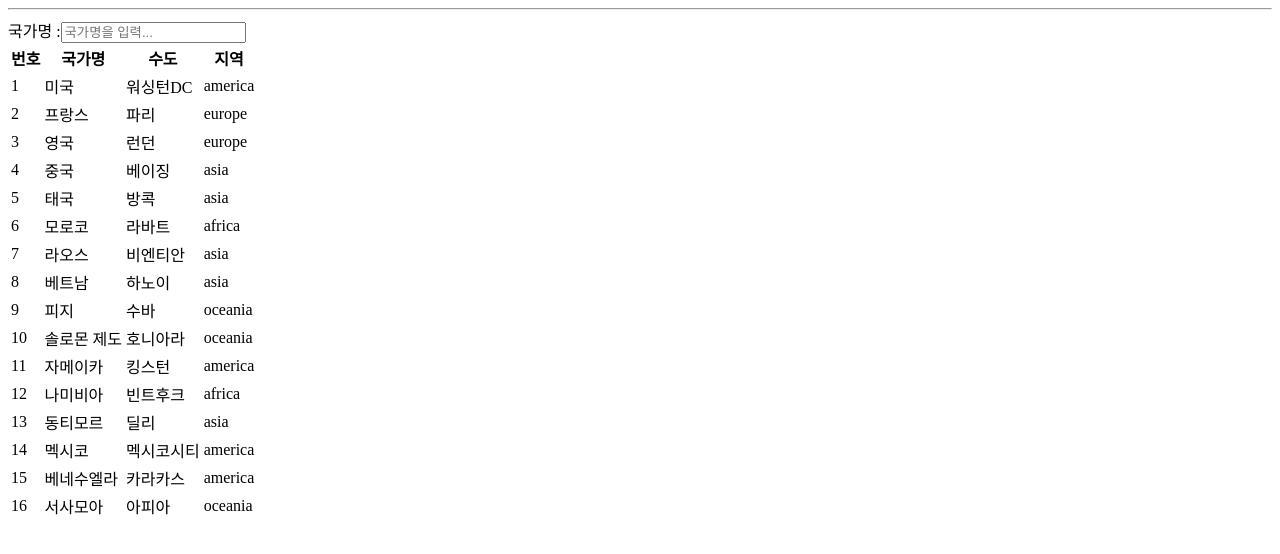
Repository: Migorithm/front_work
Page: front09_VUE/src/main/webapp/03_event/small_assignment.html
The author's editor kept a copy of each file at every save. The page is drawn from the files as they stood at one save, then again after the next save.
The browser window is 1280 px wide. The pictures show the whole page.
Some web libraries are served in a nearby version.

Above is the page before, as saved 2021-09-10 02:05:20.

### front09_VUE/src/main/webapp/03_event/small_assignment.html
<!DOCTYPE html>
<html>
<head>
<meta charset="utf-8">
<title>encore</title>
<script src="https://unpkg.com/vue@2.5.16/dist/vue.js"></script>
</head>
<body>
	<div id="example">
	<hr>
	<label><span>국가명 :</span><input type="text" placeholder="국가명을 입력..." v-model="input"></label>

		<table>
			<thead>
				<tr>
					<th>번호</th><th>국가명</th><th>수도</th><th>지역</th>
				</tr>
			</thead>
			<tbody v-for="coun in countries">
				<template v-if="coun.name.includes(input)">
				<tr>
					<td>{{coun.no}}</td><td>{{coun.name}}</td><td>{{coun.capital}}</td><td>{{coun.region}}</td>
				</tr>
				</template>
			</tbody>

		</table>


	</div>
    <script type="text/javascript">
	var model = {
      	//필요한 모델데이타가 있으면 추가하시기 바랍니다.
      	input:"",
	    countries : [
            { no:1,  name : "미국", capital : "워싱턴DC", region:"america" },
            { no:2,  name : "프랑스", capital : "파리", region:"europe" },
            { no:3,  name : "영국", capital : "런던", region:"europe" },
            { no:4,  name : "중국", capital : "베이징", region:"asia" },
            { no:5,  name : "태국", capital : "방콕", region:"asia" },
            { no:6,  name : "모로코", capital : "라바트", region:"africa" },
            { no:7,  name : "라오스", capital : "비엔티안", region:"asia" },
            { no:8,  name : "베트남", capital : "하노이", region:"asia" },
            { no:9,  name : "피지", capital : "수바", region:"oceania" },
            { no:10,  name : "솔로몬 제도", capital : "호니아라", region:"oceania" },
            { no:11,  name : "자메이카", capital : "킹스턴", region:"america" },
            { no:12,  name : "나미비아", capital : "빈트후크", region:"africa" },
            { no:13,  name : "동티모르", capital : "딜리", region:"asia" },
            { no:14,  name : "멕시코", capital : "멕시코시티", region:"america" },
            { no:15,  name : "베네수엘라", capital : "카라카스", region:"america" },
            { no:16,  name : "서사모아", capital : "아피아", region:"oceania" }
   	    ]
    }

	var clist = new Vue({
		el:"#example",
		data:model



	});
    </script>
</body>
</html>

After the next save:
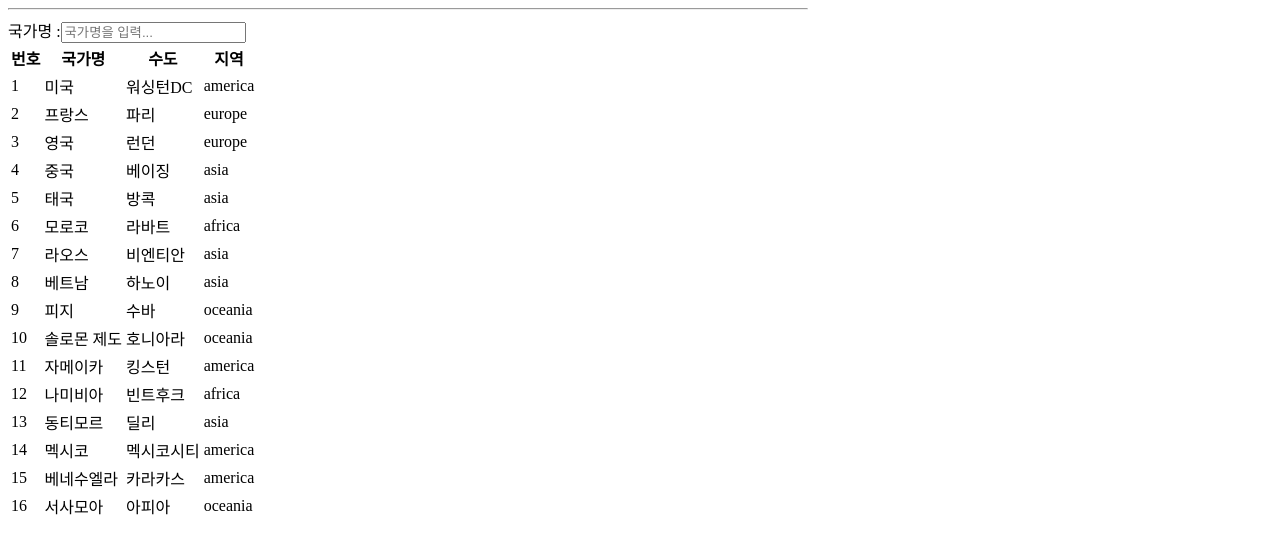
Saved 110 s later.
--- a/front09_VUE/src/main/webapp/03_event/small_assignment.html
+++ b/front09_VUE/src/main/webapp/03_event/small_assignment.html
@@ -4,6 +4,14 @@
 <meta charset="utf-8">
 <title>encore</title>
 <script src="https://unpkg.com/vue@2.5.16/dist/vue.js"></script>
+<style type="text/css">
+	#example{
+		width:800px;
+		margin:auto 0;
+	}
+</style>
+
+
 </head>
 <body>
 	<div id="example">

After the save that followed:
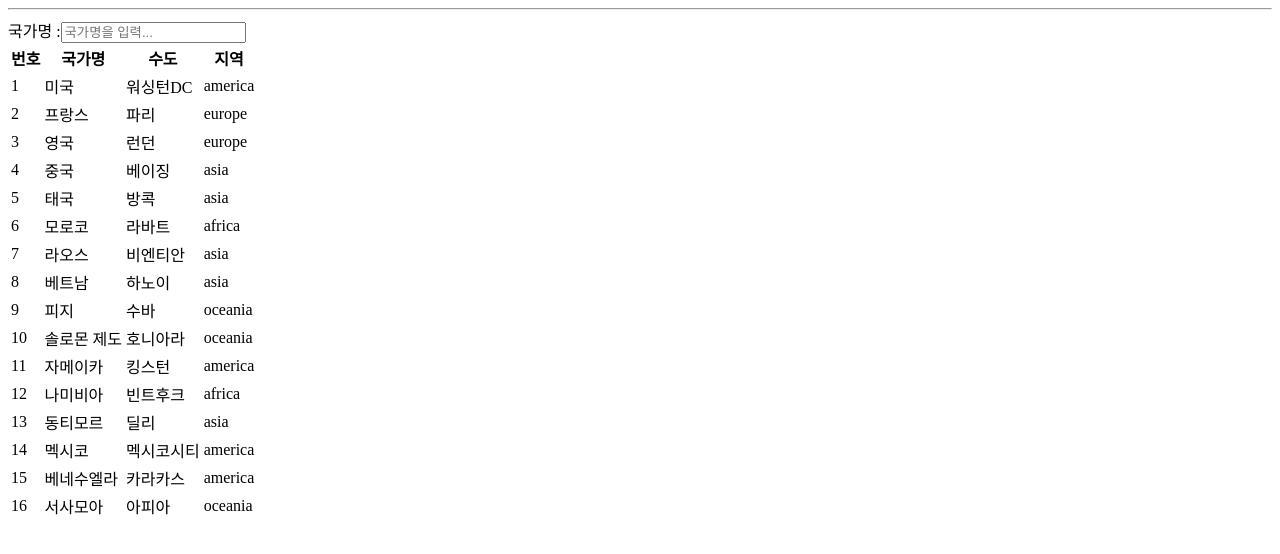
Saved 31 s later.
--- a/front09_VUE/src/main/webapp/03_event/small_assignment.html
+++ b/front09_VUE/src/main/webapp/03_event/small_assignment.html
@@ -5,7 +5,7 @@
 <title>encore</title>
 <script src="https://unpkg.com/vue@2.5.16/dist/vue.js"></script>
 <style type="text/css">
-	#example{
+	#example>label{
 		width:800px;
 		margin:auto 0;
 	}
